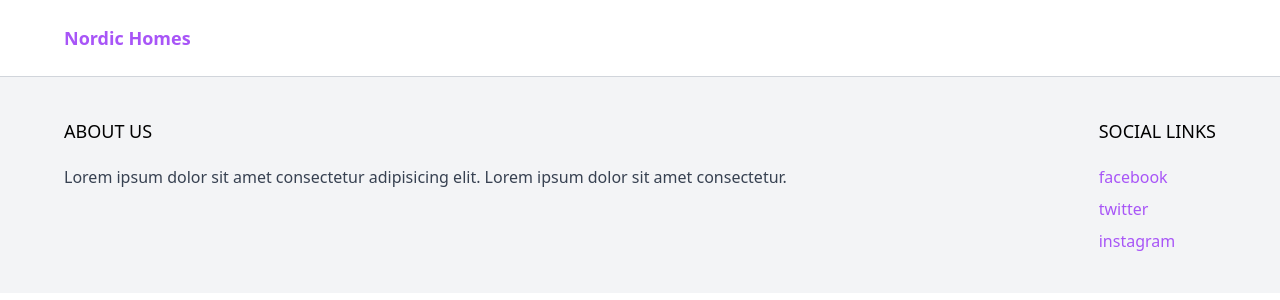
Repository: Calin224/NordicHomes
Page: http://localhost/
An editor plug-in stored every save of this project. The page is shown before and after the next save, followed by the edit.
The browser window is 1280 px wide. The pictures show the whole page.
Some web libraries are served in a nearby version. The page is served by the project's application, run on Django 4.2 (manage.py).

Above is the page before, as saved 2023-02-15 16:54:25.

After the next save:
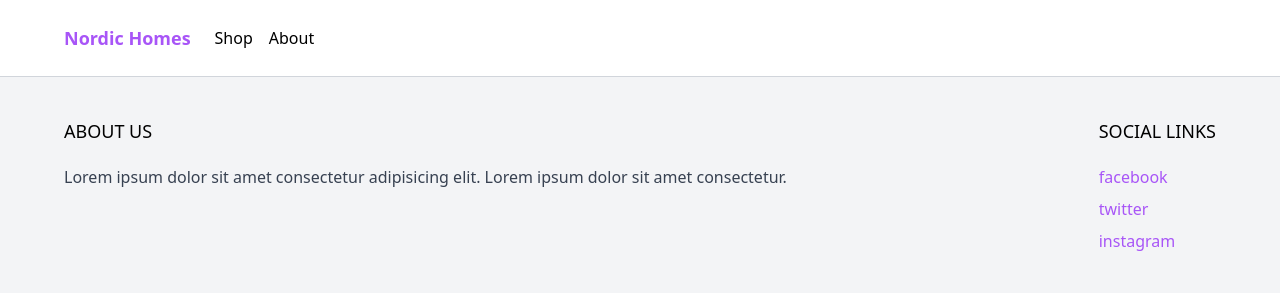
Saved 35 s later.
--- a/core/templates/core/base.html
+++ b/core/templates/core/base.html
@@ -10,6 +10,11 @@
         <div class="max-w-6xl mx-auto py-2 px-6 xl:px-0 flex items-center justify-between">
             <div class="menu-left flex items-center space-x-6">
                 <a href="#" class="py-4 text-lg text-purple-500 font-semibold">Nordic Homes</a>
+
+                <ul class="flex items-center space-x-4">
+                    <li><a href="#">Shop</a></li>
+                    <li><a href="#">About</a></li>
+                </ul>
             </div>
         </div>
     </nav>
